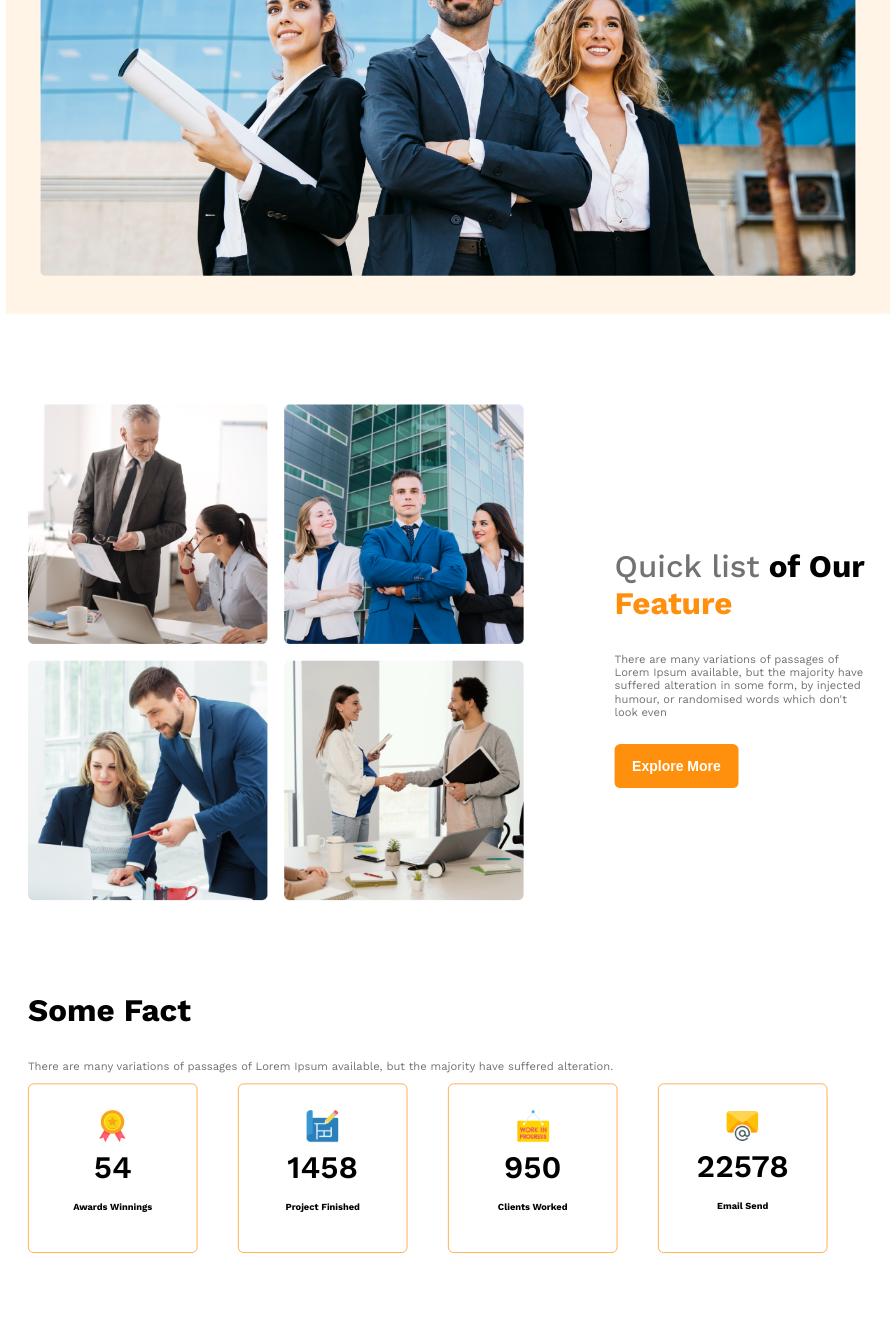
Repository: dollyrakhe22/g3-architects-website
Page: index.html
These files come from the project's save history. The page is drawn as it stood at one moment and after the next save; the edit follows.
The browser window is 1280 px wide. The pictures show the part of the page from y = 767 to 2687 px (the page is 2687 px tall), at 70% of full size.

Above is the page before, as saved 2025-07-22 08:13:48.

### index.html
<!DOCTYPE html>
<html lang="en">
<head>
    <meta charset="UTF-8">
    <meta name="viewport" content="width=device-width, initial-scale=1.0">
    <title>Architects Website</title>
    <link rel="stylesheet" href="style.css">
</head>
<body class="work-sans-font">
   <header>
     <header class="bg-light">
           <nav class="navbar  display-flex">
             <h3 class="brand">G3 Architects</h3>
             <ul class="nav-links display-flex">
              <li class="nav-item"><a href="" class="nav-link text-gray ">Home</a></li>
              <li class="nav-item"><a href="" class="nav-link text-gray ">About</a></li>
              <li class="nav-item"><a href="" class="nav-link text-gray ">Contact Us</a></li>
              <li class="nav-item"><a href="" class="nav-link text-gray ">Login</a></li>
             </ul>
           </nav>
           <div class="banner">
          <div class="banner-content">
              <h1 class="banner-title">Brand New Group of Architects </h1>
              <p class="banner-description">There are many variations of passages of Lorem Ipsum available, but the majority have suffered alteration in some form, by injected humour,
              or randomised words which don't look even</p>
            <button class="btn-primary">Explore More</button>
          </div>
            <img class="banner-img" src="images/banner.png" alt="" srcset="">
           </div>
    </header>

   <main>
    <section class="teams display-flex">
      <div class="team-img-container">
      <img src="images/team1.png" alt="" srcset="">
      <img src="images/team2.png" alt="" srcset="">
      <img src="images/team3.png" alt="" srcset="">
      <img src="images/team4.png" alt="" srcset="">
      </div>
      <div class="our-features">
          <h3 class="section-title"><span id="quick-list" class="text-light-gray">Quick list</span> of Our <span class="text-primary">Feature</span></h3>
           <p class="feature-description  text-light-gray">There are many variations of passages of Lorem Ipsum available, but the majority have suffered alteration in some form, by injected humour,
             or randomised words which don't look even</p>
             <button class="btn-primary">Explore More</button>
      </div>
    </section>
    <!--feature will enjoy-->
      <section>
        <h3 class="section-title">Some Fact</h3>
        <p class="text-light-gray">There are many variations of passages of Lorem Ipsum available,
           but the majority have suffered alteration.</p>
           <div class="fact-container">
              <!--.fact*4>img.fact-icon+h4.fact-number+h5.fact-name-->
              <div class="fact-card display-flex">
               <div>
                 <img src="images/icons/ribon.png" alt="" class="fact-icon">
                <h4 class="fact-number">54</h4>
                <h5 class="fact-name">Awards Winnings</h5>
               </div>
              </div>
              <div class="fact-card display-flex">
               <div>
                 <img src="images/icons/projects.png" alt="" class="fact-icon">
                <h4 class="fact-number">1458</h4>
                <h5 class="fact-name">Project Finished</h5>
               </div>
              </div>
              <div class="fact-card display-flex">
              <div>
                <img src="images/icons/customers.png" alt="" class="fact-icon">
                <h4 class="fact-number">950</h4>
                <h5 class="fact-name">Clients Worked </h5>
              </div>
              </div>
              <div class="fact-card display-flex">
               <div>
                 <img src="images/icons/email.png" alt="" class="fact-icon">
                <h4 class="fact-number">22578</h4>
                <h5 class="fact-name">Email Send</h5>
               </div>
              </div>
           </div>

      </section>
      <!--Some fact-->
      <section class="some-fact">

      </section>
   </main>
    <footer>

    </footer>
</body>
</html>

### style.css
@import url('https://fonts.googleapis.com/css2?family=Work+Sans:ital,wght@0,100..900;1,100..900&display=swap');

.work-sans-font {
  font-family: "Work Sans", sans-serif;
  font-optical-sizing: auto;
  font-weight: 400px;
  font-style: normal;
}
/*shared styles*/
.display-flex{
  display: flex;
}
/*dark 02*/
.text-gray{
  color: #424242;
}
/*dark 03*/
.text-light-gray{
  color:#727272;
}
.text-primary{
  color:#FF900E;
}
.navbar{
  justify-content: space-between;
  align-items: center;
}
.bg-light{
  background-color: rgba(255, 144, 14, 0.1);
}
.brand{
  font-weight: 700;
  font-size: 3rem;
}
.section-title{
  font-size: 2.8rem;
  font-weight: 700;
}
/*header styles*/
/*main*/
main{
  max-width: 1200px;
  margin: 0 auto;
}
main> section{
  margin-top: 130px;
}
/*navbar related styles*/
.navbar{
  display: flex;
}
.nav-item{
  list-style: none;
  margin-right: 30px;
}
.nav-link{
  text-decoration: none;
  font-size: 500;
}
.navbar,.banner {
  max-width: 1200px;
  margin: 0 auto;

}


/*banner related styles*/
.banner-content{
  max-width: 800px;
  margin: 0 auto;
  text-align: center;
  margin-bottom: 20px;

}
.banner{
  padding: 50px;

}
.banner-img{
  width: 100%;
}
.banner-title{
  font-weight: 700;
  font-size: 4rem;
}
.banner-description{
  font-size: 13px;


}
.btn-primary{
  background-color: #FF900E;
  color: white;
  padding: 20px 25px;
  font-size: 1.25rem;
  font-weight: 600;
  border:none;
  border-radius: 8px;
  margin-top: 20px;
  margin-top: 20px;

}
/*team work and features style*/
.teams{
  align-items: center;
}
.team-img-container{
   display: grid;
  grid-template-columns: repeat(2, 1fr);
  gap: 24px;
}
.our-features{
  margin-left: 130px;
  max-width: 530px;
}

#quick-list{
  font-weight: 500;
}
.feature{
  color:#FF900E;
}
/*Some fact */
.fact-container{
  display: grid;
  grid-template-columns: repeat(4,1fr);
}
.fact-card{
   border: 1px solid #FF900E;
   width: 240px;
   height: 240px;
   border-radius: 8px;
   text-align: center;
   align-items: center;
   justify-content: center;
}
.fact-number{
  font-size: 2.8rem;
  font-weight: 600;
  margin-top: 5px;
  margin-bottom: 10px;
}




/*responsive media query*/
@media screen and (max-width: 576px){
  .navbar, .nav-link, .teams{
    flex-direction: column;
  }
.team-img-container{
  grid-template-columns: repeat(1, 1fr);

}
.our-features{
  margin-left: 10px;
}
}
/*medium device*/
@media  screen and (min-width:576px) and (max-width:992px){
  .teams{
    flex-direction: column;
  }
  .our-features{
    margin: 50px auto;
  }
}

After the next save:
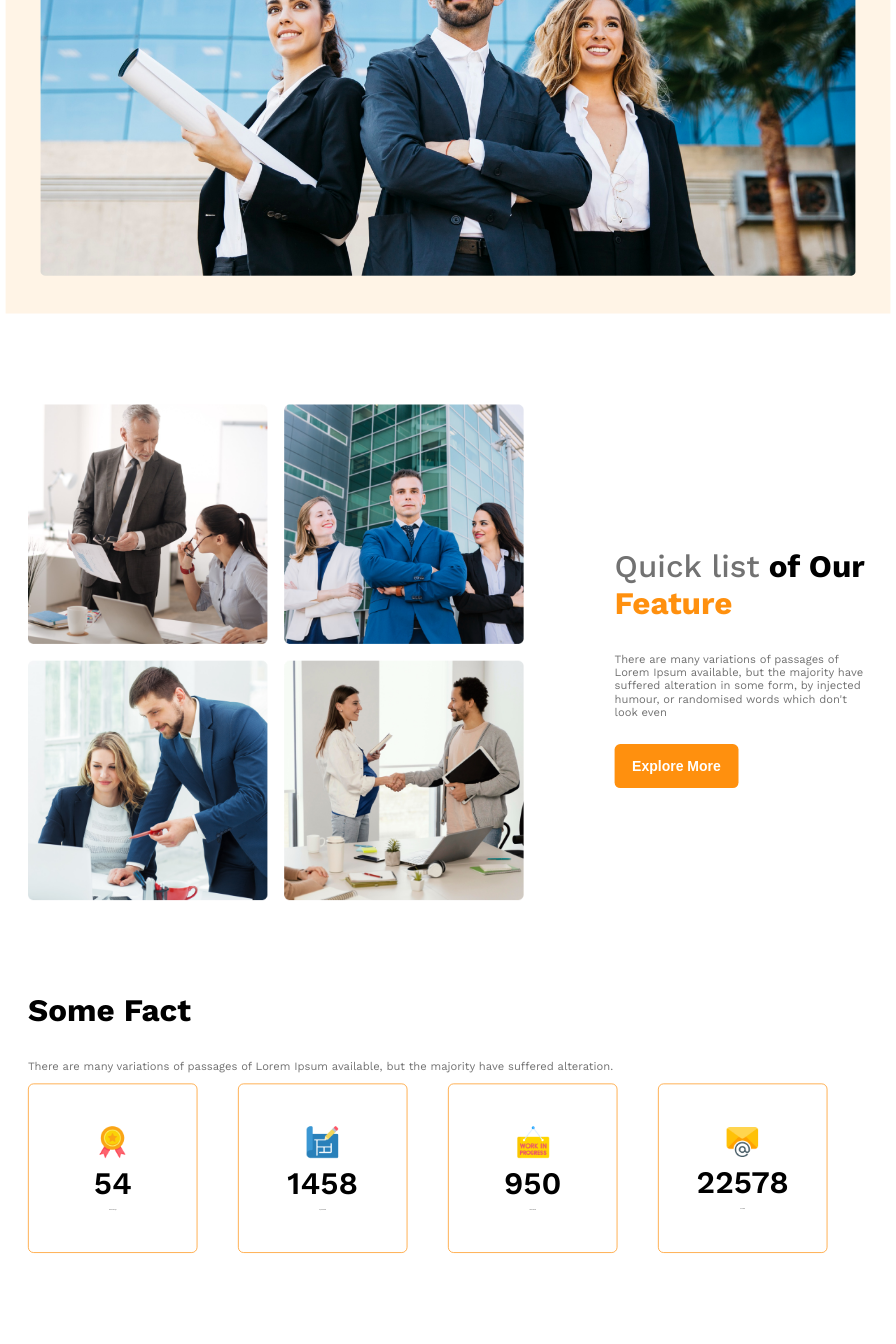
Saved 2 min 17 s later.
--- a/style.css
+++ b/style.css
@@ -140,6 +140,11 @@ main> section{
   margin-top: 5px;
   margin-bottom: 10px;
 }
+.fact-name{
+  font-size: 1.25px;
+  font-weight: 600;
+  margin-top: 10px;
+}
 
 
 
